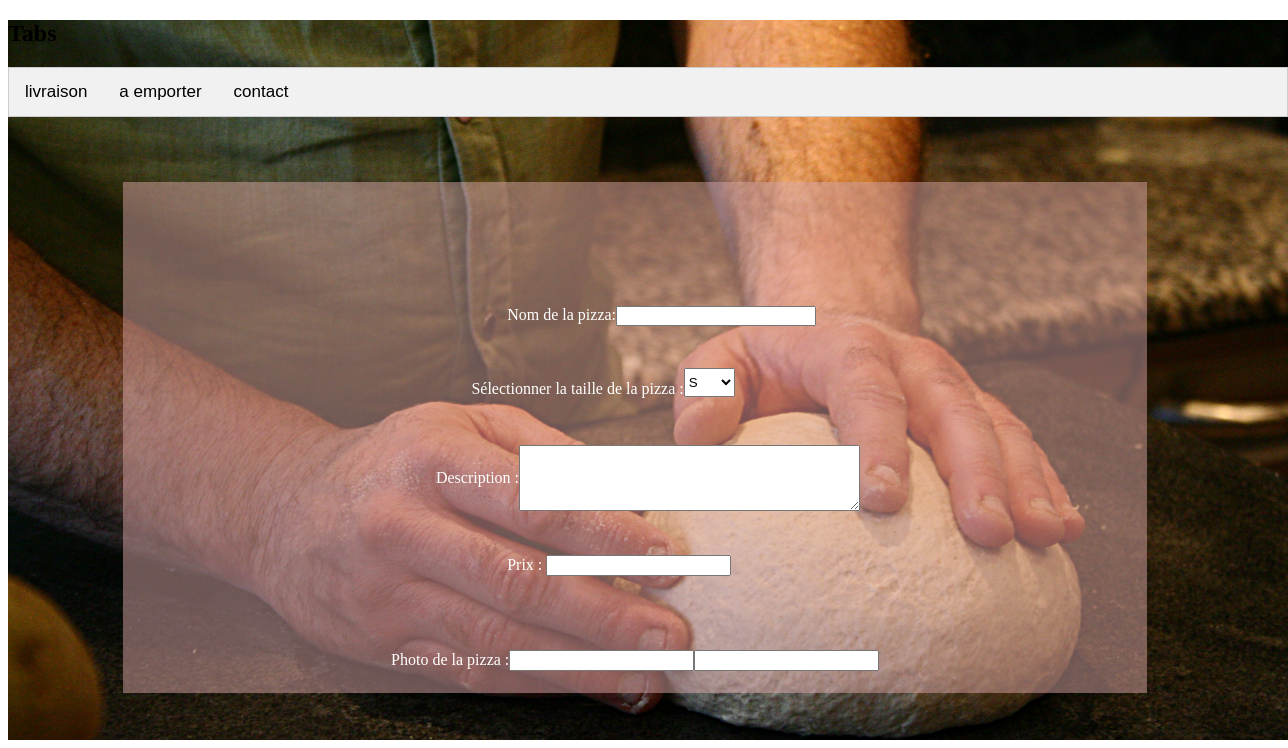
Repository: dev84-unalien/pippo_pizza
Page: admin.html
An editor plug-in stored every save of this project. The page is shown before and after the next save, followed by the edit.
The browser window is 1280 px wide. The page is 1288 px wide, so the pictures cover 1288 px, including what lies to the right of the window. The pictures show the whole page.

Above is the page before, as saved 2019-09-10 15:52:24.

After the next save:
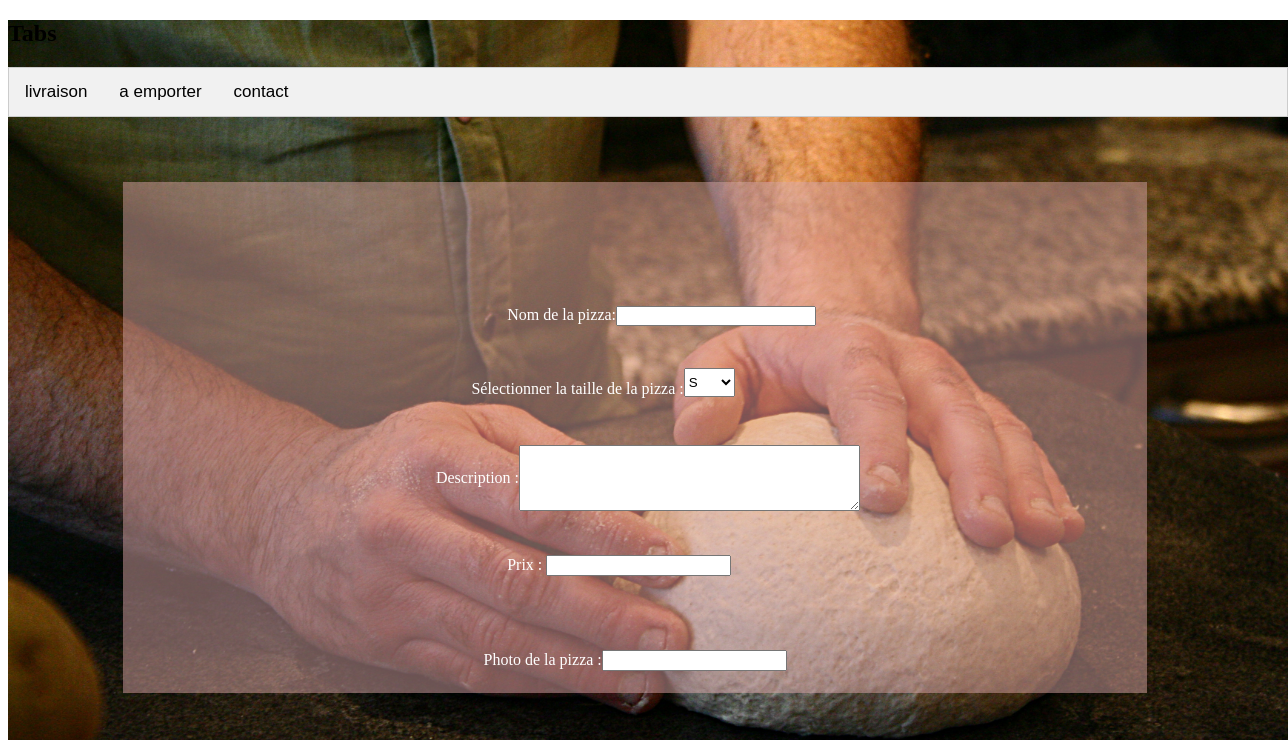
Saved 25 s later.
--- a/admin.html
+++ b/admin.html
@@ -54,7 +54,7 @@
                 <div id="Description">Description :<TEXTAREA name="desc" rows=4 cols=40></TEXTAREA></div>
                 <div id="Prix">Prix : <input id="prix1"></input></div>
 
-                <div id="Image"> Photo de la pizza :<input><input></div>
+                <div id="Image"> Photo de la pizza :<input></input></div>
             </div>
 
         </div>
